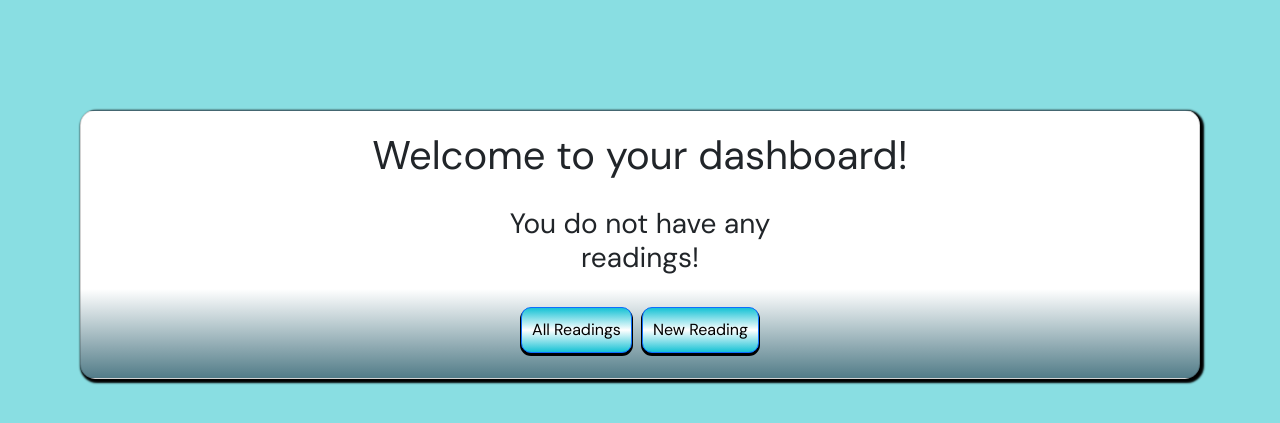
Repository: aiodell/my-glucose-checkup
Page: /dashboard (app in client/)
The author's editor kept a copy of each file at every save. The page is drawn from the files as they stood at one save, then again after the next save.
The browser window is 1280 px wide. The pictures show the whole page.
The page's requests for data from a server got no answer. The project was rebuilt for these pictures with package versions that can differ from the ones it lists, and the page was loaded fresh each time. No one was signed in, and anything a server would have sent is missing. Also part of the build but not shown: client/src/components/Login.js, client/src/components/Signup.js, client/src/components/AllReadings.js, client/src/components/NewReading.js, client/src/components/Home.js, client/src/components/BglUpdateForm.js, client/src/components/BglEventDetails.js, client/src/components/NewBglEvent.js and 8 more.

Above is the page before, as saved 2022-10-06 07:05:36.

After the next save:
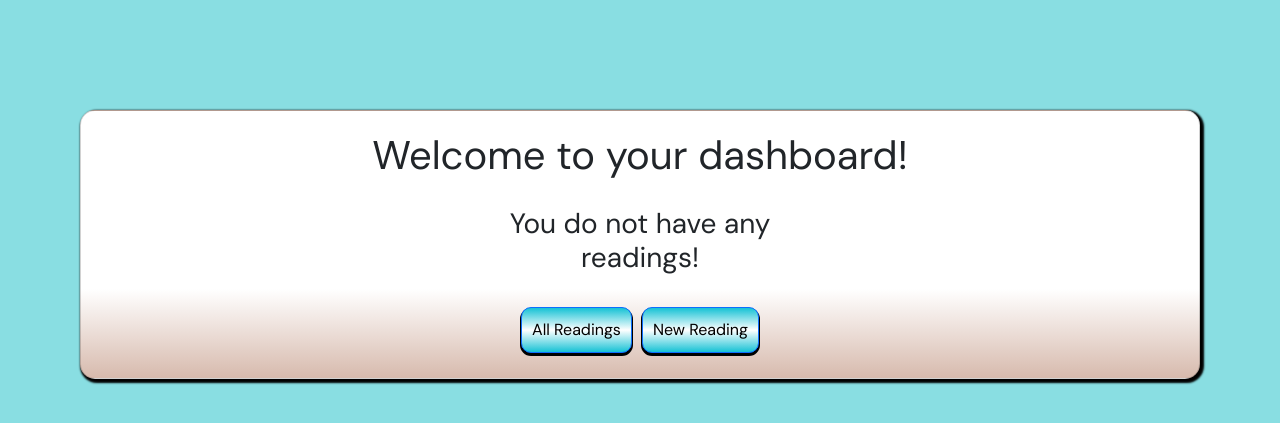
Saved 12 s later.
--- a/client/src/styles.css
+++ b/client/src/styles.css
@@ -74,7 +74,7 @@ body {
 .dash-container{
   margin-top: 100px;
   padding: 20px;
-  background-image: linear-gradient(#ffffff,#ffffff, #ffffff, #527c88);
+  background-image: linear-gradient(#ffffff,#ffffff, #ffffff,#d7baad);
   box-shadow: 2px 2px 2px 2px black;
   border-radius: 15px;
   position: relative;
